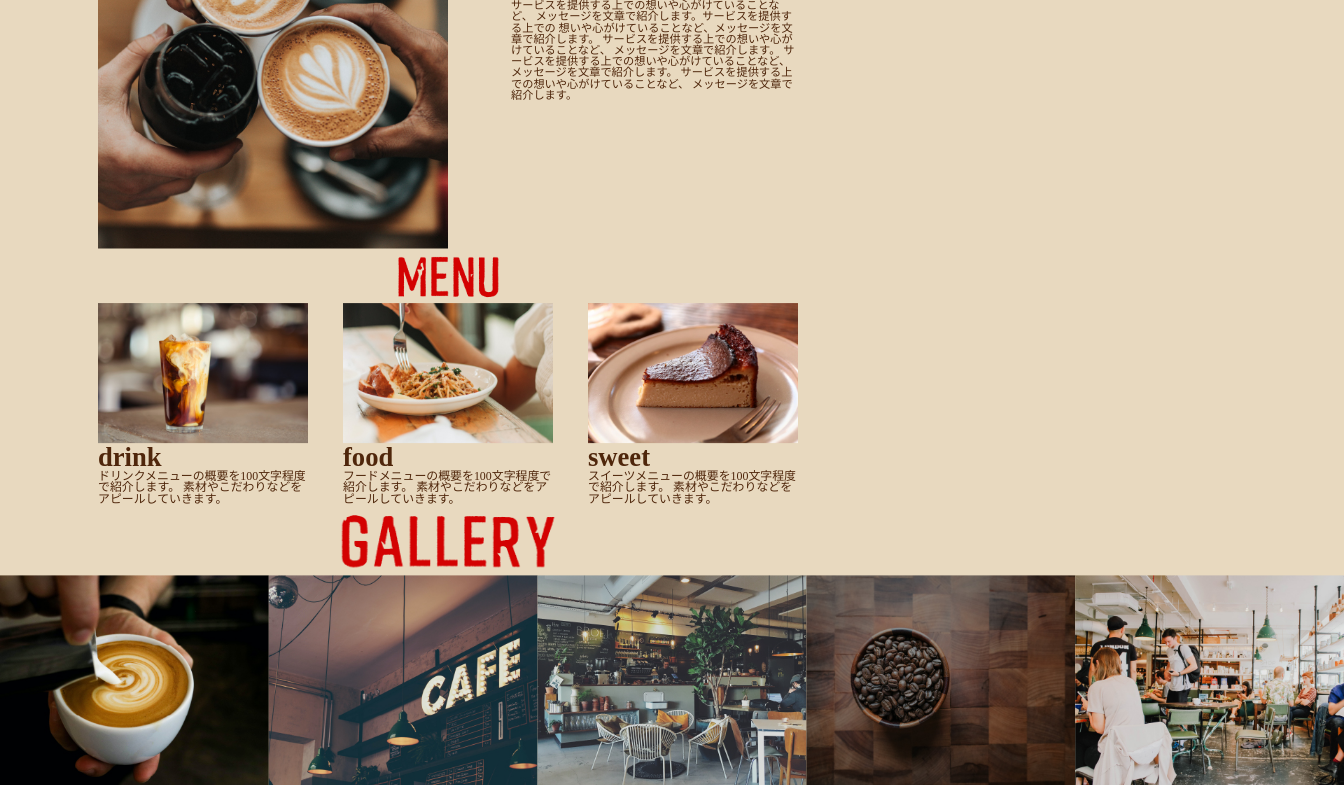
Repository: sonoyama01/dezasuta
Page: 第4回課題/index.html
These files come from the project's save history. The page is drawn as it stood at one moment and after the next save; the edit follows.
The browser window is 1280 px wide. The page is 1920 px wide, so the pictures cover 1920 px, including what lies to the right of the window. The pictures show the part of the page from y = 930 to 2210 px (the page is 2052 px tall before and 2210 px after), at 70% of full size.

Above is the page before, as saved 2024-05-02 15:23:03.

After the next save:
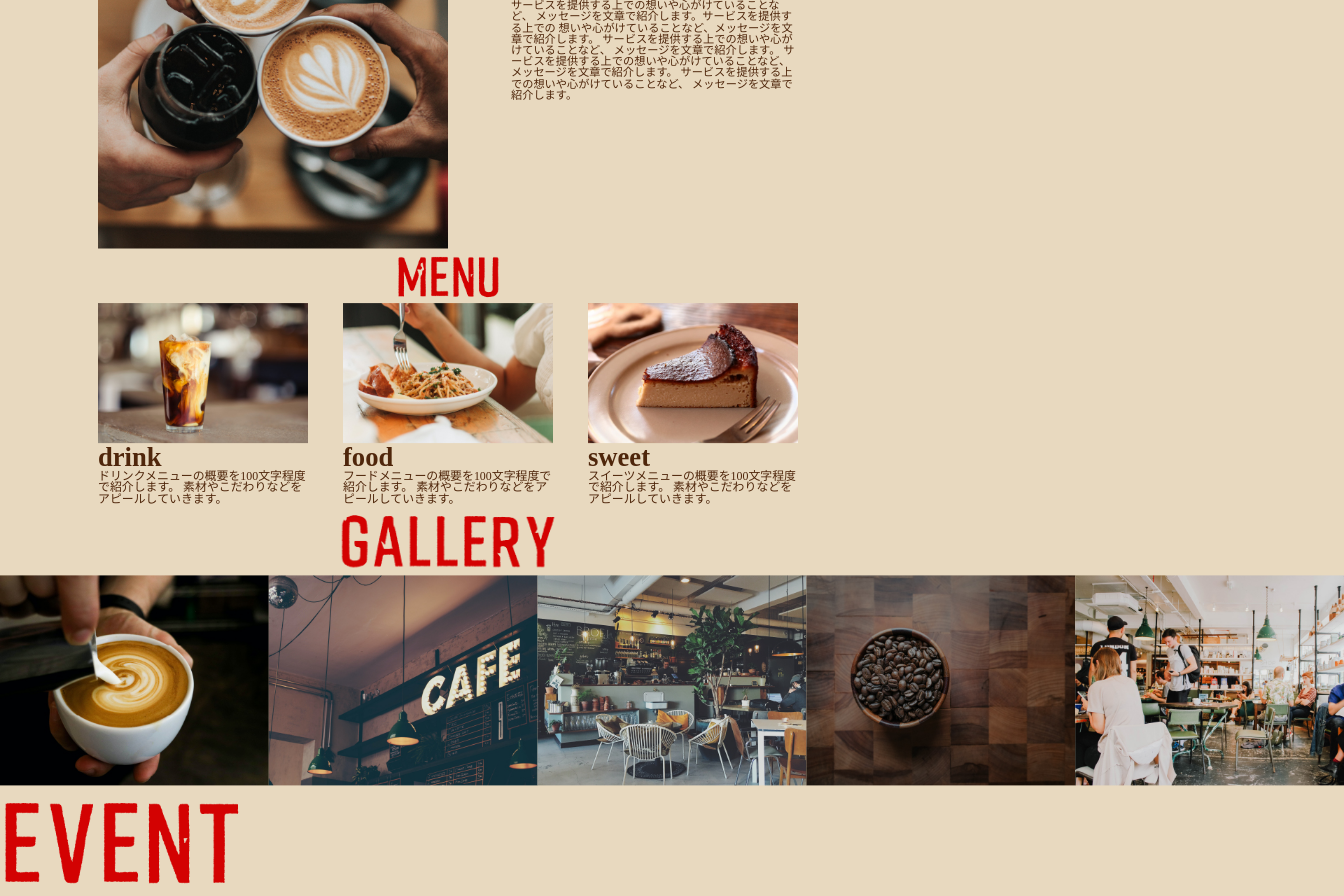
Saved 114 s later.
--- a/第4回課題/index.html
+++ b/第4回課題/index.html
@@ -121,6 +121,11 @@
         </div><!-- /.gallery -->
     </section><!-- /#gallery -->
 
+    <!-- EVENT -->
+    <section id="event">
+        <h2><img src="./images/event@2x.png" alt=""></h2>
+    </section><!-- /#event -->
+
 </body>
 
 </html>
